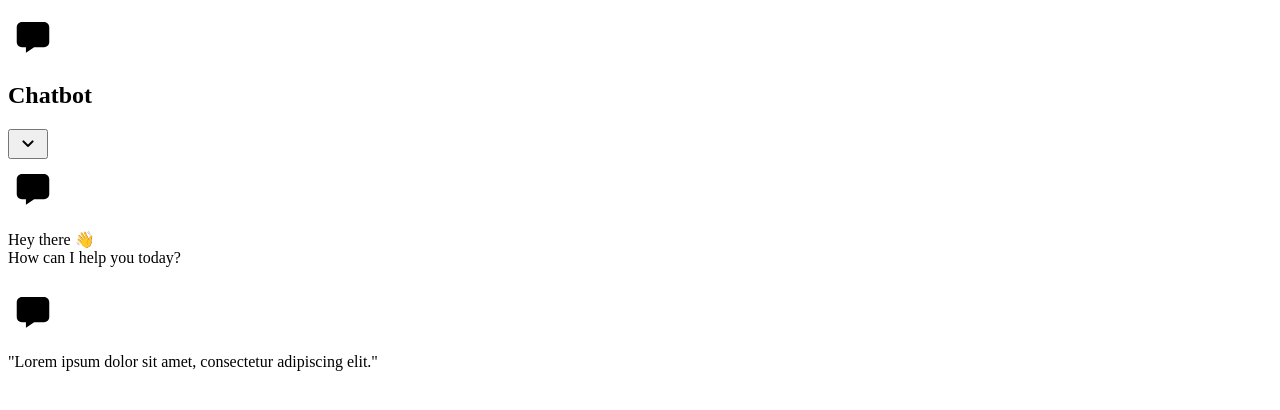
Repository: gogg23/chatbot
Page: / (app in chatbot/)
An editor plug-in stored every save of this project. The page is shown before and after the next save, followed by the edit.
The browser window is 1280 px wide. The pictures show the whole page.
The project was rebuilt for these pictures with package versions that can differ from the ones it lists, and the page was loaded fresh each time. Also part of the build but not shown: chatbot/vite.config.js, chatbot/src/index.css.

Above is the page before, as saved 2025-01-09 12:25:22.

After the next save:
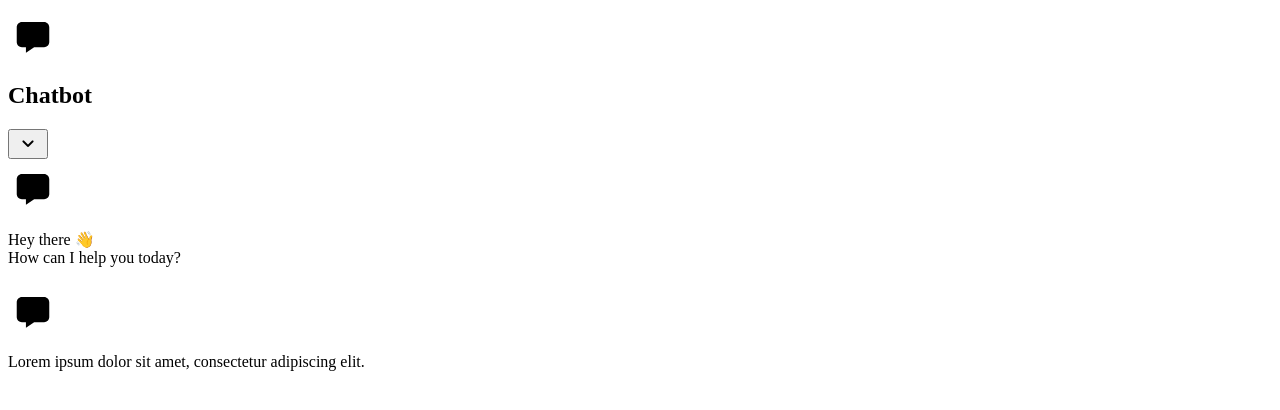
Saved 69 s later.
--- a/chatbot/src/App.jsx
+++ b/chatbot/src/App.jsx
@@ -27,7 +27,7 @@ const App = () => {
           <div className='message user-message'>
             <ChatbotIcon />
             <p className='message-text'>
-              "Lorem ipsum dolor sit amet, consectetur adipiscing elit."
+              Lorem ipsum dolor sit amet, consectetur adipiscing elit.
             </p>
           </div>
         </div>
